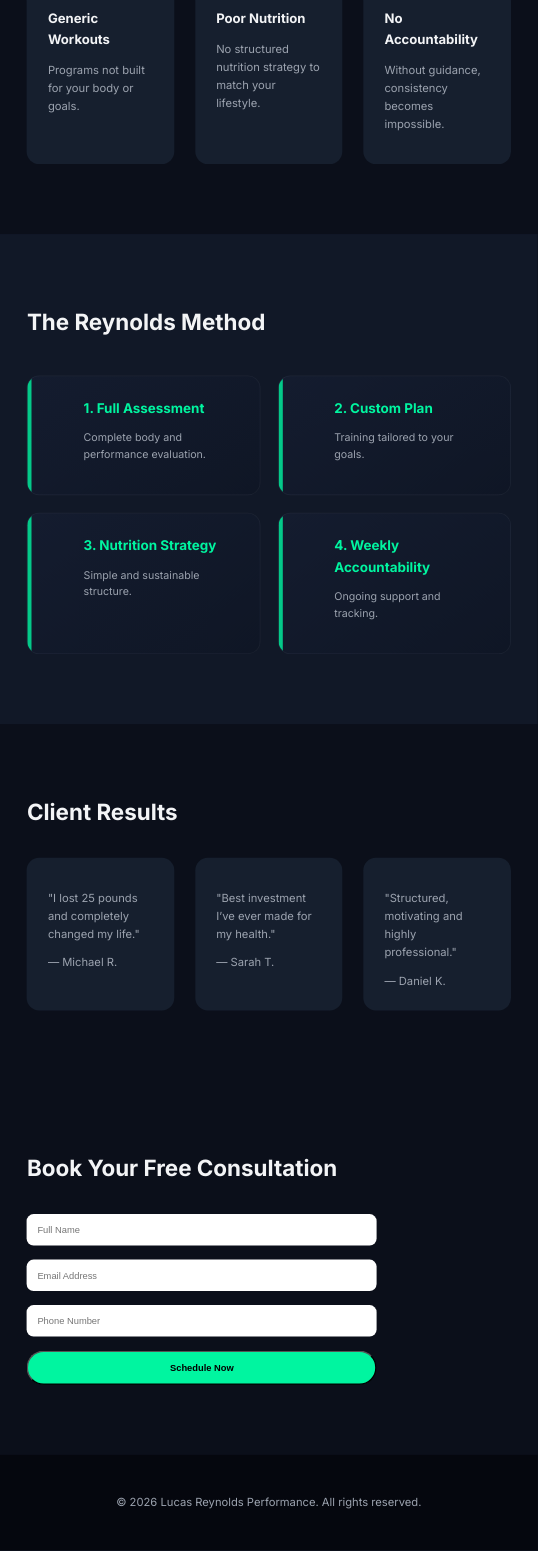
Repository: davidfsillva/Landing-page-pro
Page: index.html
These files come from the project's save history. The page is drawn as it stood at one moment and after the next save; the edit follows.
The browser window is 768 px wide. The pictures show the part of the page from y = 1008 to 3248 px (the page is 3223 px tall before and 3248 px after), at 70% of full size.

Above is the page before, as saved 2026-02-25 19:07:53.

### index.html
<!DOCTYPE html>
<html lang="en">
<head>
    <!-- ================= BASIC META ================= -->
    <meta charset="UTF-8">
    <meta name="viewport" content="width=device-width, initial-scale=1.0, maximum-scale=5.0">
    <meta name="robots" content="index, follow">
    <link rel="canonical" href="https://www.davidperformance.com">

    <!-- ================= SEO ================= -->
    <title>David Performance | Elite Personal Trainer</title>
    <meta name="description" content="Elite personal training focused on fat loss, muscle building and peak performance. Customized programs, strategic nutrition and real accountability. Book your free fitness consultation today.">

    <!-- ================= OPEN GRAPH ================= -->
    <meta property="og:title" content="David Performance | Transform Your Body in 90 Days">
    <meta property="og:description" content="Personalized training programs with proven results. Limited spots available.">
    <meta property="og:type" content="website">
    <meta property="og:image" content="https://placehold.co/1200x630/0B1020/00FF99?text=DAVID+PERFORMANCE">
    <meta property="og:url" content="https://www.davidperformance.com">
    <meta name="twitter:card" content="summary_large_image">

    <!-- ================= FONTS ================= -->
    <link rel="preconnect" href="https://fonts.googleapis.com">
    <link href="https://fonts.googleapis.com/css2?family=Inter:wght@300;400;600;700;800&display=swap" rel="stylesheet">

    <!-- Icons -->
    <link rel="stylesheet" href="https://cdnjs.cloudflare.com/ajax/libs/font-awesome/6.0.0-beta3/css/all.min.css">

    <!-- CSS -->
    <link rel="stylesheet" href="style.css">

    <!-- ================= PIXEL / TRACKING ================= -->
    <!-- Add Meta Pixel or Google Tag Manager here -->
</head>

<body>

<header class="header">
  <div class="container header-flex">
      <div class="logo">LUCAS REYNOLDS</div>

      <button class="menu-toggle" id="menuToggle">☰</button>

      <nav class="nav" id="nav">
        <a href="#home">Home</a>
        <a href="#about">About</a>
        <a href="#method">Method</a>
        <a href="#results">Results</a>
      </nav>
  </div>
</header>

<main>

<!-- HERO -->
<section id="home" class="hero">
    <div class="hero-overlay"></div>

    <div class="container hero-grid">

        <div class="hero-content">
            <div class="hero-badge">
                Trusted by 320+ Clients
            </div>

            <h1>
                TRANSFORM YOUR BODY IN
                <span>90 DAYS</span>
                OR LESS
            </h1>

            <p>
                Elite personal coaching focused on fat loss, muscle growth and peak performance.
                No generic workouts. Just real strategy and real accountability.
            </p>

            <div class="hero-buttons">
                <a href="#contact" class="btn btn-primary">
                    Book Free Consultation
                </a>
            </div>

            <div class="hero-proof">
                <div>
                    <strong>320+</strong>
                    <small>Transformations</small>
                </div>

                <div>
                    <strong>8+ Years</strong>
                    <small>Experience</small>
                </div>
            </div>
        </div>

    </div>
</section>

<!-- ABOUT -->
<section id="about" class="section">
    <div class="container">
        <h2>Why Most People Fail</h2>

        <div class="grid-3">

            <div class="card">
                <h3>Generic Workouts</h3>
                <p>Programs not built for your body or goals.</p>
            </div>

            <div class="card">
                <h3>Poor Nutrition</h3>
                <p>No structured nutrition strategy to match your lifestyle.</p>
            </div>

            <div class="card">
                <h3>No Accountability</h3>
                <p>Without guidance, consistency becomes impossible.</p>
            </div>

        </div>
    </div>
</section>

<!-- METHOD -->
<section id="method" class="section section-dark">
    <div class="container">
        <h2>The Reynolds Method</h2>

        <div class="method-list">
            <div class="method-item">
                <strong>1. Full Assessment</strong>
                <p>Complete body and performance evaluation.</p>
            </div>

            <div class="method-item">
                <strong>2. Custom Plan</strong>
                <p>Training tailored to your goals.</p>
            </div>

            <div class="method-item">
                <strong>3. Nutrition Strategy</strong>
                <p>Simple and sustainable structure.</p>
            </div>

            <div class="method-item">
                <strong>4. Weekly Accountability</strong>
                <p>Ongoing support and tracking.</p>
            </div>
        </div>
    </div>
</section>

<!-- RESULTS -->
<section id="results" class="section">
    <div class="container">
        <h2>Client Results</h2>

        <div class="grid-3">

            <div class="testimonial">
                <p>"I lost 25 pounds and completely changed my life."</p>
                <span>— Michael R.</span>
            </div>

            <div class="testimonial">
                <p>"Best investment I’ve ever made for my health."</p>
                <span>— Sarah T.</span>
            </div>

            <div class="testimonial">
                <p>"Structured, motivating and highly professional."</p>
                <span>— Daniel K.</span>
            </div>

        </div>
    </div>
</section>

<!-- CONTACT -->
<section id="contact" class="section cta">
    <div class="container">
        <h2>Book Your Free Consultation</h2>

        <form class="form">
            <input type="text" placeholder="Full Name" required>
            <input type="email" placeholder="Email Address" required>
            <input type="tel" placeholder="Phone Number" required>

            <button type="submit" class="btn btn-primary">
                Schedule Now
            </button>
        </form>
    </div>
</section>

</main>

<footer class="footer">
    <div class="container">
        <p>© 2026 Lucas Reynolds Performance. All rights reserved.</p>
    </div>
</footer>

<script src="script.js"></script>
</body>
</html>

### style.css
* {
    margin: 0;
    padding: 0;
    box-sizing: border-box;
}

:root {
    --bg: #0B0F1A;
    --bg-dark: #111827;
    --card: #161F2E;

    --text: #F3F4F6;
    --muted: #9CA3AF;

    --accent: #00F5A0;

    --radius: 18px;
}

body {
    font-family: 'Inter', sans-serif;
    background: var(--bg);
    color: var(--muted);
    line-height: 1.6;
}

.container {
    width: 90%;
    max-width: 1200px;
    margin: auto;
}

.section {
    padding: 100px 0;
}

.section-dark {
    background: var(--bg-dark);
}

h1, h2, h3 {
    color: var(--text);
}

h1 {
    font-size: clamp(2.5rem, 5vw, 4rem);
    line-height: 1.1;
}

h1 span {
    color: var(--accent);
}

h2 {
    font-size: 2rem;
    margin-bottom: 40px;
}

p {
    margin: 15px 0;
}

.btn {
    display: inline-block;
    padding: 15px 35px;
    border-radius: 50px;
    font-weight: 600;
    text-decoration: none;
    transition: 0.3s ease;
}

.btn-primary {
    background: var(--accent);
    color: #000;
}

.btn-primary:hover {
    transform: translateY(-3px);
}

/* HEADER */
.header {
    position: fixed;
    width: 100%;
    background: rgba(11,15,26,0.9);
    backdrop-filter: blur(8px);
    padding: 20px 0;
    z-index: 1000;
}

.header-flex {
    display: flex;
    justify-content: space-between;
    align-items: center;
}

.logo {
    font-weight: 800;
    color: var(--accent);
}

.nav {
    display: flex;
    gap: 30px;
}

.nav a {
    color: var(--muted);
    text-decoration: none;
}

.nav a:hover {
    color: var(--accent);
}

.menu-toggle {
    display: none;
    background: none;
    border: none;
    color: var(--accent);
    font-size: 1.5rem;
}

/* HERO */
.hero {
    height: 100vh;
    display: flex;
    align-items: center;
    background: url('img/pexels-ardit-mbrati-216809103-18187618.jpg') center right/cover no-repeat;
    position: relative;
    padding-top: 80px;
}

.hero-overlay {
    position: absolute;
    inset: 0;
    background: linear-gradient(270deg, rgba(11, 15, 26, 0.116), rgb(11, 15, 26));
}

.hero-grid {
    position: relative;
}

.hero-content {
    max-width: 600px;
}

.hero-badge {
    background: rgba(0,245,160,0.1);
    color: var(--accent);
    padding: 8px 16px;
    border-radius: 50px;
    display: inline-block;
    margin-bottom: 20px;
}

.hero-proof {
    display: flex;
    gap: 40px;
    margin-top: 30px;
}

.hero-proof strong {
    color: var(--accent);
    font-size: 1.5rem;
    display: block;
}

/* ===============================
   METHOD SECTION IMPROVED
=================================*/

.method-list {
    display: grid;
    gap: 30px;
    margin-top: 50px;
}

.method-item {
    position: relative;
    background: linear-gradient(145deg, #141C2F, #0F1625);
    padding: 30px 35px 30px 80px;
    border-radius: 18px;
    border: 1px solid rgba(255,255,255,0.05);
    transition: 0.35s ease;
    overflow: hidden;
}

/* Linha lateral de destaque */
.method-item::before {
    content: "";
    position: absolute;
    left: 0;
    top: 0;
    height: 100%;
    width: 6px;
    background: var(--accent);
    opacity: 0.8;
}

/* Número grande no fundo */
.method-item::after {
    content: attr(data-step);
    position: absolute;
    right: 25px;
    top: 20px;
    font-size: 4rem;
    font-weight: 800;
    color: rgba(255,255,255,0.04);
}

/* Hover sofisticado */
.method-item:hover {
    transform: translateY(-8px);
    border-color: var(--accent);
    box-shadow: 0 20px 50px -15px rgba(0,245,160,0.25);
}

.method-item strong {
    display: block;
    font-size: 1.2rem;
    color: var(--text);
    margin-bottom: 10px;
}

.method-item p {
    font-size: 0.95rem;
    color: var(--muted);
    max-width: 500px;
}



/* CARDS */
.grid-3 {
    display: grid;
    gap: 30px;
}

.card, .testimonial {
    background: var(--card);
    padding: 30px;
    border-radius: var(--radius);
}

.method-list {
    display: grid;
    gap: 25px;
}

.method-item strong {
    color: var(--accent);
}

/* FORM */
.form {
    display: grid;
    gap: 20px;
    max-width: 500px;
}

.form input {
    padding: 15px;
    border-radius: 10px;
    border: none;
}



/* FOOTER */
.footer {
    padding: 40px 0;
    text-align: center;
    background: #05070E;
}

/* RESPONSIVE */
@media (min-width: 768px) {
    .grid-3 {
        grid-template-columns: repeat(3, 1fr);
    }
}

@media (max-width: 768px) {
    .nav {
        display: none;
        flex-direction: column;
        background: var(--bg-dark);
        position: absolute;
        top: 70px;
        right: 0;
        padding: 20px;
    }

    .nav.active {
        display: flex;
    }

    .menu-toggle {
        display: block;
    }

    .hero-proof {
        flex-direction: column;
    }


    .method-list {
        grid-template-columns: repeat(2, 1fr);
    }
}

### script.js
(function () {
  "use strict";

  /* =====================================================
     1. MENU RESPONSIVO COM ACESSIBILIDADE
  ===================================================== */
  const menuToggle = document.getElementById("menuToggle");
  const navMenu = document.getElementById("navMenu");

  if (menuToggle && navMenu) {
    menuToggle.addEventListener("click", () => {
      const isActive = navMenu.classList.toggle("active");

      // Atualiza aria-expanded para acessibilidade
      menuToggle.setAttribute("aria-expanded", isActive);

      // Impede scroll do body quando menu aberto
      document.body.style.overflow = isActive ? "hidden" : "auto";
    });

    // Fecha menu ao clicar em link
    document.querySelectorAll(".nav-menu a").forEach(link => {
      link.addEventListener("click", () => {
        navMenu.classList.remove("active");
        menuToggle.setAttribute("aria-expanded", "false");
        document.body.style.overflow = "auto";
      });
    });
  }

  /* =====================================================
     2. SCROLL SUAVE COM OFFSET DO HEADER
  ===================================================== */
  const header = document.querySelector("header");

  document.querySelectorAll('a[href^="#"]').forEach(anchor => {
    anchor.addEventListener("click", function (e) {
      const targetId = this.getAttribute("href");
      if (targetId === "#") return;

      const target = document.querySelector(targetId);
      if (!target) return;

      e.preventDefault();

      const headerHeight = header ? header.offsetHeight : 0;
      const elementPosition = target.getBoundingClientRect().top + window.scrollY;
      const offsetPosition = elementPosition - headerHeight - 10;

      window.scrollTo({
        top: offsetPosition,
        behavior: "smooth"
      });
    });
  });

  /* =====================================================
     3. REVEAL ON SCROLL (OTIMIZADO)
  ===================================================== */
  const reveals = document.querySelectorAll(".reveal");

  if ("IntersectionObserver" in window) {
    const revealObserver = new IntersectionObserver((entries, observer) => {
      entries.forEach(entry => {
        if (entry.isIntersecting) {
          entry.target.classList.add("active");
          observer.unobserve(entry.target);
        }
      });
    }, {
      threshold: 0.15,
      rootMargin: "0px 0px -40px 0px"
    });

    reveals.forEach(el => revealObserver.observe(el));
  } else {
    // Fallback simples
    reveals.forEach(el => el.classList.add("active"));
  }

  /* =====================================================
     4. CONTADOR ANIMADO
  ===================================================== */
  const counter = document.querySelector(".counter-number");

  if (counter) {
    const target = parseInt(counter.dataset.target, 10);
    let current = 0;
    const duration = 1500;
    const startTime = performance.now();

    const animateCounter = (timestamp) => {
      const progress = Math.min((timestamp - startTime) / duration, 1);
      current = Math.floor(progress * target);
      counter.textContent = current.toLocaleString("pt-BR");

      if (progress < 1) {
        requestAnimationFrame(animateCounter);
      } else {
        counter.textContent = target.toLocaleString("pt-BR");
      }
    };

    const counterObserver = new IntersectionObserver(entries => {
      if (entries[0].isIntersecting) {
        requestAnimationFrame(animateCounter);
        counterObserver.disconnect();
      }
    }, { threshold: 0.6 });

    counterObserver.observe(counter);
  }

  /* =====================================================
     5. VALIDAÇÃO AVANÇADA + REDIRECIONAMENTO WHATSAPP
  ===================================================== */
  const form = document.getElementById("leadForm");
  const feedback = document.getElementById("formFeedback");

  if (form && feedback) {
    form.addEventListener("submit", function (e) {
      e.preventDefault();

      const nome = document.getElementById("nome").value.trim();
      const email = document.getElementById("email").value.trim();
      const telefone = document.getElementById("telefone").value.trim();
      const telDigits = telefone.replace(/\D/g, "");

      // Reset visual
      feedback.style.color = "#ff4d4d";
      feedback.textContent = "";

      /* ===== Validações ===== */

      if (nome.length < 5 || !/\s/.test(nome)) {
        feedback.textContent = "Digite nome e sobrenome corretamente.";
        return;
      }

      const emailRegex = /^[^\s@]+@[^\s@]+\.[^\s@]+$/;
      if (!emailRegex.test(email)) {
        feedback.textContent = "Digite um e-mail válido.";
        return;
      }

      if (telDigits.length < 10 || telDigits.length > 11) {
        feedback.textContent = "WhatsApp inválido. Use DDD + número.";
        return;
      }

      /* ===== Sucesso ===== */
      feedback.style.color = "#00FF99";
      feedback.textContent = "Redirecionando para o WhatsApp...";

      /* ===== Disparo de Pixel ===== */

      // Meta Pixel
      if (typeof fbq === "function") {
        fbq("track", "Lead");
      }

      // Google Ads (exemplo)
      if (typeof gtag === "function") {
        gtag("event", "conversion", {
          event_category: "Lead",
          event_label: "Form Landing"
        });
      }

      /* ===== Redirecionamento WhatsApp ===== */

      const numeroPersonal = "5511999999999"; // ⚠️ ALTERE AQUI
      const mensagem = encodeURIComponent(
        `Olá! Me chamo ${nome}.\nQuero agendar minha avaliação gratuita.\nE-mail: ${email}`
      );

      setTimeout(() => {
        window.location.href = `https://wa.me/${numeroPersonal}?text=${mensagem}`;
      }, 1200);
    });
  }

})();

After the next save:
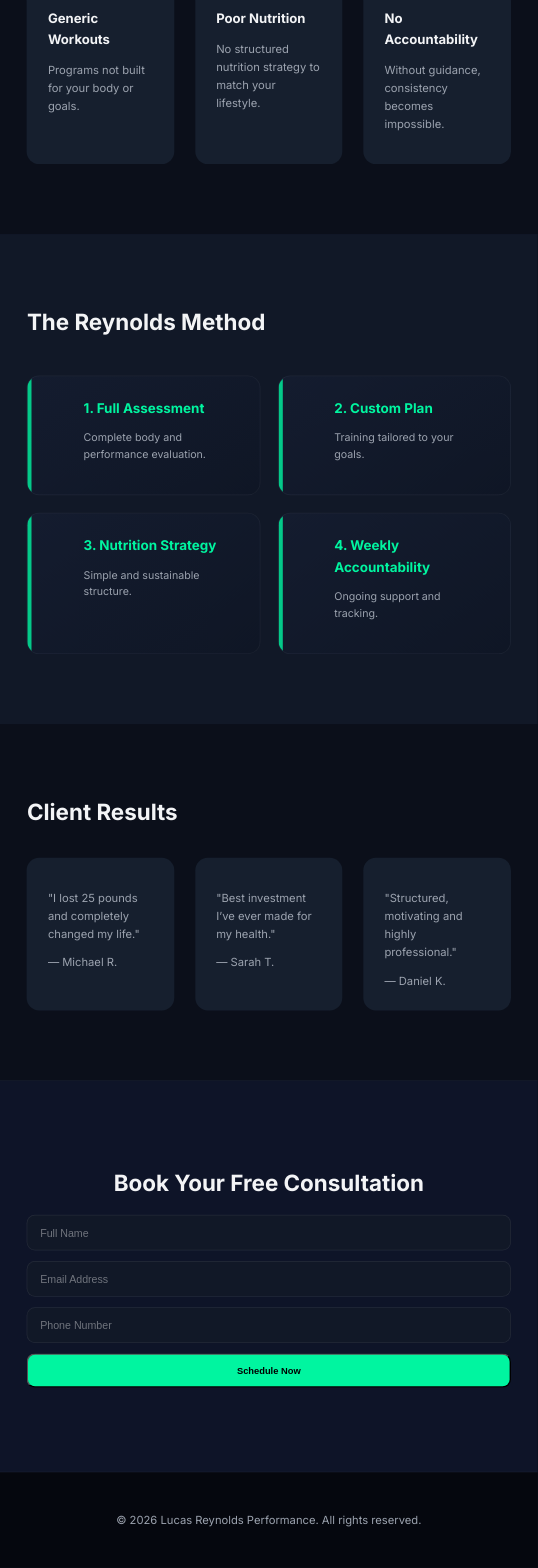
Saved 42 s later.
--- a/style.css
+++ b/style.css
@@ -265,7 +265,72 @@ p {
     border: none;
 }
 
-
+/* ===============================
+   CTA CLEAN HIGH-END
+=================================*/
+
+.cta {
+    background: #0E1428;
+    padding: 120px 0;
+    text-align: center;
+    border-top: 1px solid rgba(255,255,255,0.05);
+    border-bottom: 1px solid rgba(255,255,255,0.05);
+}
+
+.cta h2 {
+    font-size: clamp(2rem, 4vw, 2.6rem);
+    margin-bottom: 20px;
+}
+
+.cta p {
+    max-width: 600px;
+    margin: 0 auto 50px auto;
+    font-size: 1rem;
+    color: var(--muted);
+}
+
+/* FORM INLINE PREMIUM */
+.form {
+    max-width: 900px;
+    margin: 0 auto;
+    display: grid;
+    grid-template-columns: repeat(4, 1fr);
+    gap: 15px;
+}
+
+/* INPUTS */
+.form input {
+    padding: 16px 18px;
+    border-radius: 12px;
+    border: 1px solid rgba(255,255,255,0.08);
+    background: #111827;
+    color: var(--text);
+    font-size: 0.95rem;
+    transition: 0.3s ease;
+}
+
+.form input::placeholder {
+    color: rgba(255,255,255,0.4);
+}
+
+.form input:focus {
+    border-color: var(--accent);
+    box-shadow: 0 0 0 3px rgba(0,245,160,0.12);
+    outline: none;
+}
+
+/* BOTÃO */
+.form button {
+    border-radius: 12px;
+    font-weight: 700;
+}
+
+/* RESPONSIVO */
+@media (max-width: 900px) {
+    .form {
+        grid-template-columns: 1fr;
+    }
+}
 
 /* FOOTER */
 .footer {
